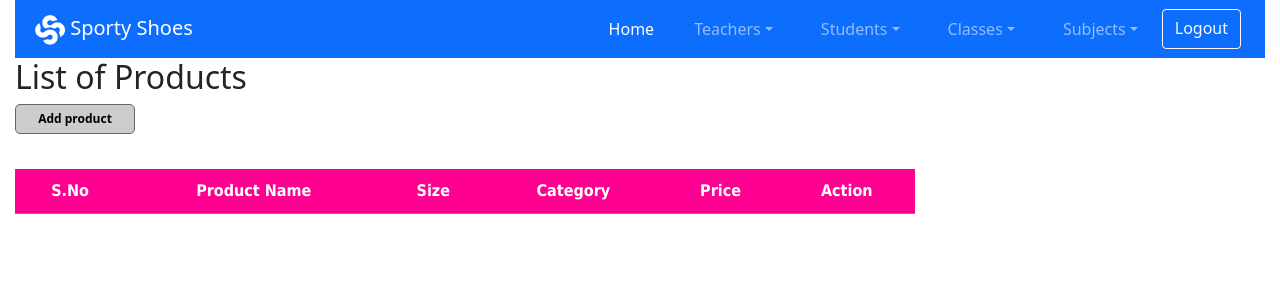
Repository: anuragkr41/FSDPhase3
Page: http://localhost/sporty-shoes/WEB-INF/view/store.jsp
These files come from the project's save history. The page is drawn as it stood at one moment and after the next save; the edit follows.
The browser window is 1280 px wide. The pictures show the whole page.
The page is served by Tomcat 9. Nobody is signed in. Other server files are loaded and not shown. The template is opened directly, without the code that normally fills it, so the values that code supplies are empty.

Above is the page before, as saved 2021-07-25 12:38:16.

### sporty-shoes/WebContent/WEB-INF/view/store.jsp
<%@ page language="java" contentType="text/html; charset=ISO-8859-1"
	pageEncoding="ISO-8859-1"%>
<%@ taglib uri="http://java.sun.com/jsp/jstl/core" prefix="c"%>

<!DOCTYPE html>
<html>
<head>
<meta charset="ISO-8859-1">
<title>Products List</title>
<!-- reference our style sheet  -->
<link type="text/css" rel="stylesheet"
	href="${pageContext.request.contextPath}/resources/css/style.css" />

	<!-- Bootstrap CSS -->
    <link href="https://cdn.jsdelivr.net/npm/bootstrap@5.0.1/dist/css/bootstrap.min.css" rel="stylesheet" integrity="sha384-+0n0xVW2eSR5OomGNYDnhzAbDsOXxcvSN1TPprVMTNDbiYZCxYbOOl7+AMvyTG2x" crossorigin="anonymous">



</head>
<body>
<!-- Optional JavaScript; choose one of the two! -->
<!-- Option 1: Bootstrap Bundle with Popper -->
<script src="https://cdn.jsdelivr.net/npm/bootstrap@5.0.1/dist/js/bootstrap.bundle.min.js"
  integrity="sha384-gtEjrD/SeCtmISkJkNUaaKMoLD0//ElJ19smozuHV6z3Iehds+3Ulb9Bn9Plx0x4"
  crossorigin="anonymous"></script>

<%@include file="admin-menu.jsp"%>


	<div id="wrapper">
		<div id="content">
			<h2>List of Products</h2>
			<!-- put a button to add products  -->

			<input type="button" value="Add product"
				onclick="window.location.href='productAddForm'; return false;"
				class = "add-button"/>

			<!-- add our html table here -->

			<div id=container>
				<div id=content>
					<table>
						<tr>
							<th>S.No</th>
							<th>Product Name</th>
							<th>Size</th>
							<th>Category</th>
							<th>Price</th>
							<th>Action</th>
						</tr>
						<%int sno = 1;%>

						<!-- loop over and print out products-->
						<c:forEach var="tempProduct" items="${products}">

							<!--Construct an update link with product id  -->
							<c:url var="buyLink" value= "/product/buy">
								<c:param name="productID" value = "${tempProduct.id}"/>
							</c:url>



							<tr>
								<td><%=sno++%></td>

								<td>${tempProduct.name}</td>
								<td>${tempProduct.size}</td>
								<td>${tempProduct.category}</td>
								<td>Rs. ${tempProduct.price}</td>


								<td>
								<!--Display the update Link  -->
								<a href="${buyLink}" onClick="if(!(confirm('Are you sure you want to buy this product?'))) return false">Buy</a>
								</td>


							</tr>

						</c:forEach>
					</table>
				</div>
			</div>
		</div>
	</div>

</body>
</html>

### sporty-shoes/WebContent/WEB-INF/view/admin-menu.jsp
<div class="container.fluid">
      <nav class="navbar navbar-expand-lg navbar-dark bg-primary">

        <a class="navbar-brand" style="padding-left: 1em;" href="<%=request.getContextPath()%>/admin_dashboard.jsp"><img src="<%=request.getContextPath()%>/resources/images/logo-white.png" height="30px" >   Sporty Shoes</a>
        <!-- <button class="navbar-toggler" type="button" data-toggle="collapse" data-target="#navbarsExample03" aria-controls="navbarsExample03" aria-expanded="false" aria-label="Toggle navigation">
            <span class="navbar-toggler-icon"></span>
          </button> -->


          <button class="navbar-toggler" type="button" data-toggle="collapse" data-target="#navbarsExample03" aria-controls="navbarsExample03" aria-expanded="false" aria-label="Toggle navigation">
            <span class="navbar-toggler-icon"></span>
          </button>


        <div class="collapse navbar-collapse" id="PrimaryMenu">
          <ul class="navbar-nav" style="margin-left: auto; padding-right: 1em;">
            <li class="nav-item">
              <a class="nav-link active px-3" aria-current="page" href="">Home</a>
            </li>

            <li class="nav-item dropdown px-3">
              <a class="nav-link dropdown-toggle" href="teachers.jsp" id="dropdown03" data-bs-toggle="dropdown"
                aria-expanded="false">Teachers</a>
              <ul class="dropdown-menu" aria-labelledby="dropdown03">
                <li><a class="dropdown-item" href="#">View all teachers</a></li>
                <li><a class="dropdown-item" href="#">Add new Teacher</a></li>
                <li><a class="dropdown-item" href="#">Remove Teacher</a></li>
                <li><a class="dropdown-item" href="#">Assign Subject to Teacher</a></li>
                <li><a class="dropdown-item" href="#">Assign Class to Teacher</a></li>

              </ul>
            </li>

            <li class="nav-item dropdown px-3">
              <a class="nav-link dropdown-toggle" href="students.jsp" id="dropdown03" data-bs-toggle="dropdown"
                aria-expanded="false">Students</a>
              <ul class="dropdown-menu" aria-labelledby="dropdown03">
                <li><a class="dropdown-item" href="#">List of Student by class</a></li>
                <li><a class="dropdown-item" href="#">Admit new student</a></li>
                <li><a class="dropdown-item" href="#">Remove Student</a></li>
              </ul>
            </li>

            <li class="nav-item dropdown px-3">
              <a class="nav-link dropdown-toggle" href="classes.jsp" id="dropdown03" data-bs-toggle="dropdown"
                aria-expanded="false">Classes</a>
              <ul class="dropdown-menu" aria-labelledby="dropdown03">
                <li><a class="dropdown-item" href="#">View all classes</a></li>
                <li><a class="dropdown-item" href="#">Remove class</a></li>
                <li><a class="dropdown-item" href="#">Add new Class</a></li>
                <li><a class="dropdown-item" href="#">Assign subject to class</a></li>
                <li><a class="dropdown-item" href="#">Assign Teacher to class</a></li>

              </ul>
            </li>

            <li class="nav-item dropdown mx-3">
              <a class="nav-link dropdown-toggle" href="subjects.jsp" id="dropdown03" data-bs-toggle="dropdown"
                aria-expanded="false">Subjects</a>
              <ul class="dropdown-menu" aria-labelledby="dropdown03">
                <li><a class="dropdown-item" href="#">View subjects</a></li>
                <li><a class="dropdown-item" href="#">Add new Subject</a></li>
                <li><a class="dropdown-item" href="#">Remove Subject</a></li>
              </ul>
            </li>
            <a href = "<%=request.getContextPath()%>/logout" class="btn btn-outline-light me-2">Logout</a>
          </ul>

        </div>
      </nav>
    </div>

### sporty-shoes/WebContent/resources/css/style.css
html, body{
	margin-left:15px; margin-right:15px;
	padding:0px;
	font-family:Verdana, Arial, Helvetica, sans-serif;
}

table {
	border-collapse:collapse;
	border-bottom:1px solid gray;
	font-family: Tahoma,Verdana,Segoe,sans-serif;
	width:72%;
}

th {
	border-bottom:1px solid gray;
	background:none repeat scroll 0 0 #ff0090;
	padding:10px;
	color: #FFFFFF;
}

tr {
	border-top:1px solid gray;
	text-align:center;
}

tr:nth-child(even) {background: #FFFFFF}
tr:nth-child(odd) {background: #BBBBBB}

#wrapper {width: 100%; margin-top: 0px; }
#header {width: 70%; background: #ff0090; margin-top: 0px; padding:15px 0px 15px 15px;}
#header h2 {width: 100%; margin:auto; color: #FFFFFF;}
#container {width: 100%; margin:auto}
#container h3 {color: #000;}
#container #content {margin-top: 20px;}

.add-button {
	border: 1px solid #666;
	border-radius: 5px;
	padding: 4px;
	font-size: 12px;
	font-weight: bold;
	width: 120px;
	padding: 5px 10px;

	margin-bottom: 15px;
	background: #cccccc;
}

After the next save:
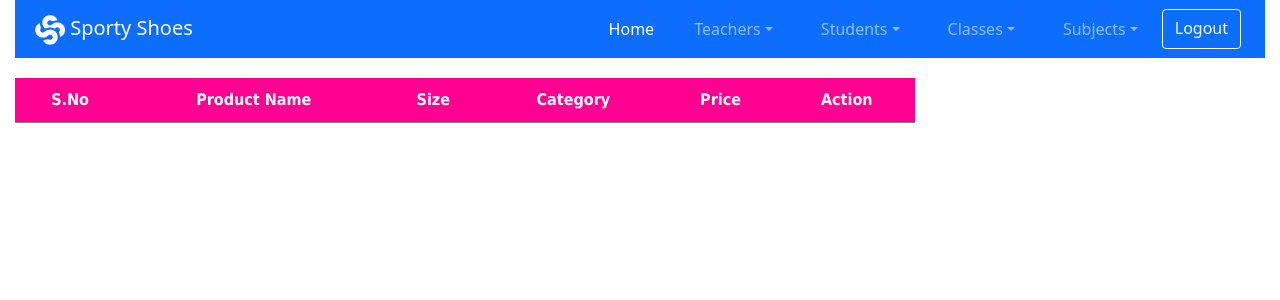
Saved 2 min 5 s later.
--- a/sporty-shoes/WebContent/WEB-INF/view/store.jsp
+++ b/sporty-shoes/WebContent/WEB-INF/view/store.jsp
@@ -29,12 +29,6 @@
 
 	<div id="wrapper">
 		<div id="content">
-			<h2>List of Products</h2>
-			<!-- put a button to add products  -->
-
-			<input type="button" value="Add product"
-				onclick="window.location.href='productAddForm'; return false;"
-				class = "add-button"/>
 
 			<!-- add our html table here -->
 
